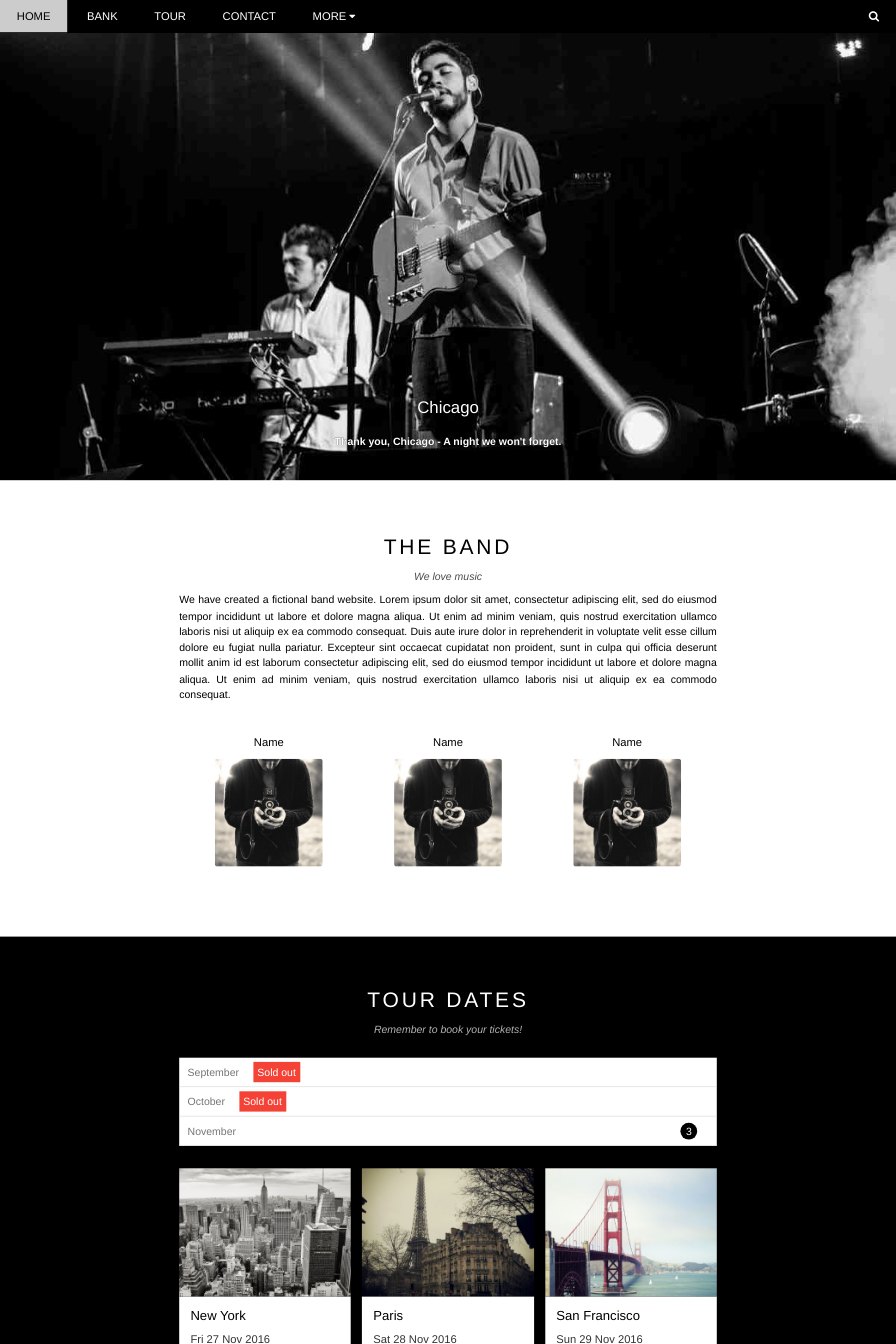
Repository: vuongtm1999/TheBand_W3School
Page: index.html
These files come from the project's save history. The page is drawn as it stood at one moment and after the next save; the edit follows.
The browser window is 1280 px wide. The pictures show the part of the page from y = 0 to 1920 px (the page is 3514 px tall), at 70% of full size.

Above is the page before, as saved 2022-08-31 10:28:01.

After the next save:
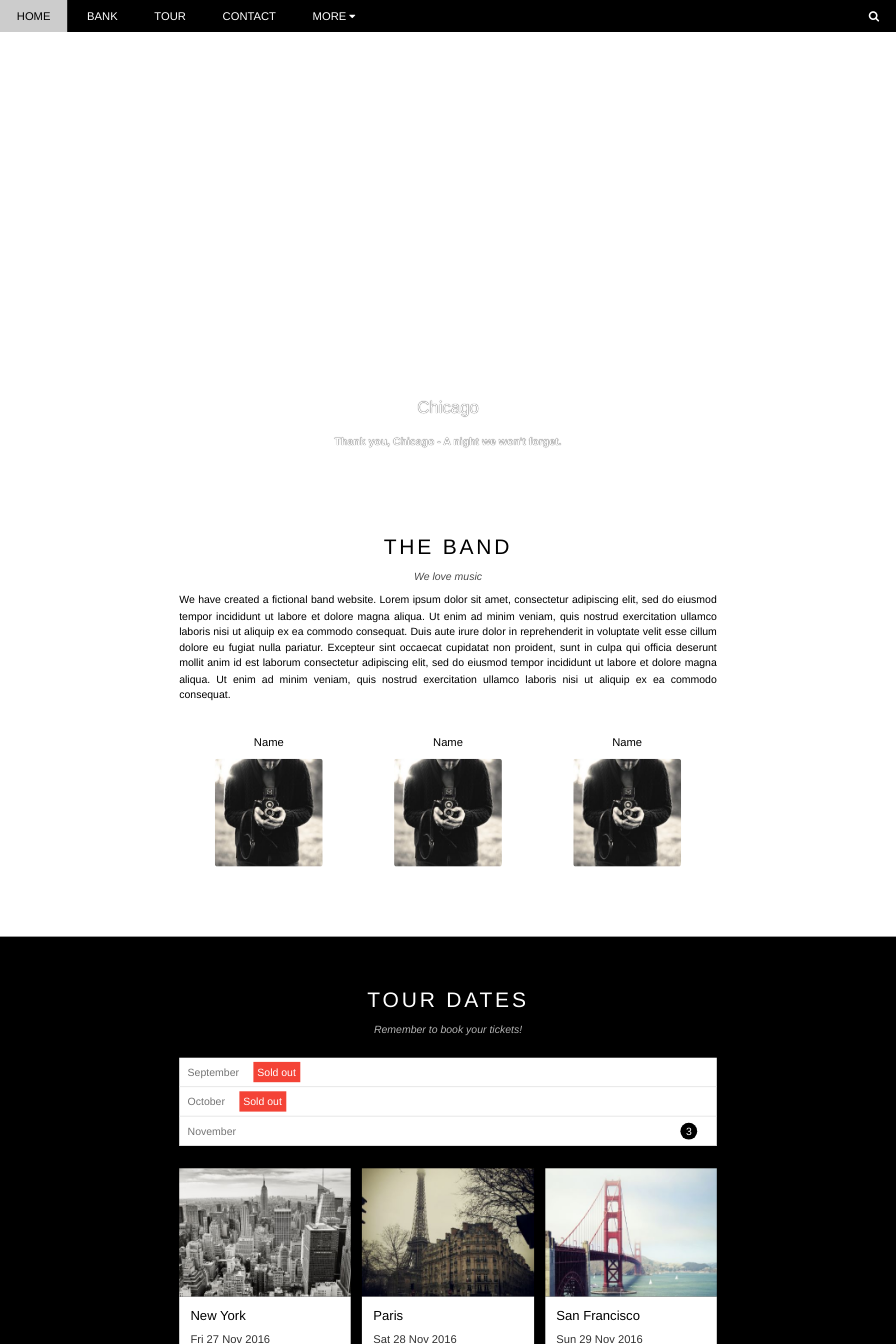
Not found: assets/css/assets/img/chicago.jpg
Saved 6 min 41 s later.
--- a/assets/css/style.css
+++ b/assets/css/style.css
@@ -199,7 +199,7 @@ a{
 /* padding-top bang 50% chieu rong cua thanh phan do */
     padding-top: 50%;
     position: relative;
-    background: url("/assets/img/chicago.jpg") top center / cover no-repeat;
+    background: url("./assets/img/chicago.jpg") top center / cover no-repeat;
 }
 
 #slider .text-content{

After the 2 saves that followed:
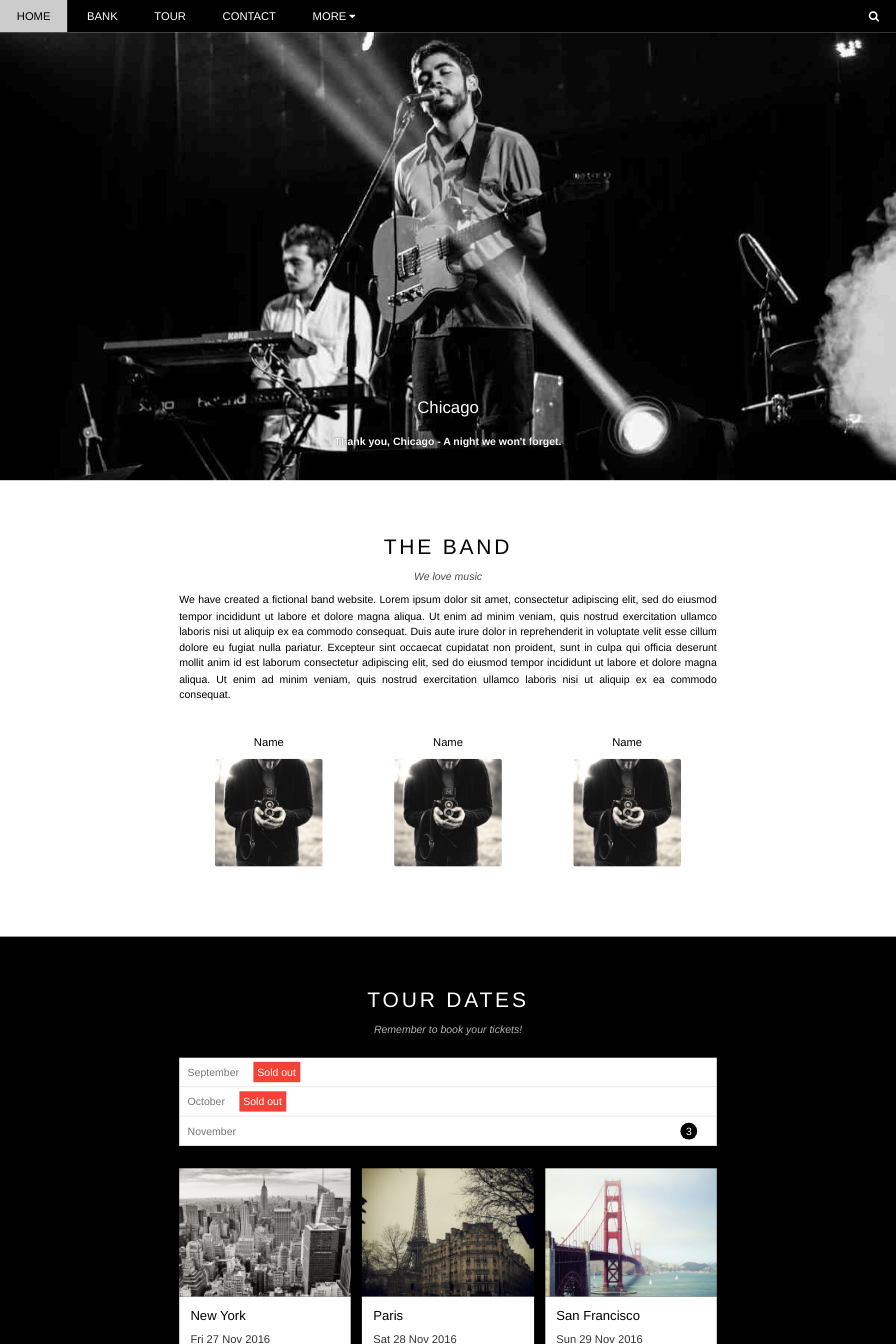
The 2 saves are shown as one change because 1 left the picture as it was.
The last was saved 72 s later.
--- a/assets/css/style.css
+++ b/assets/css/style.css
@@ -199,7 +199,7 @@ a{
 /* padding-top bang 50% chieu rong cua thanh phan do */
     padding-top: 50%;
     position: relative;
-    background: url("./assets/img/chicago.jpg") top center / cover no-repeat;
+    background: url("../img/chicago.jpg") top center / cover no-repeat;
 }
 
 #slider .text-content{
